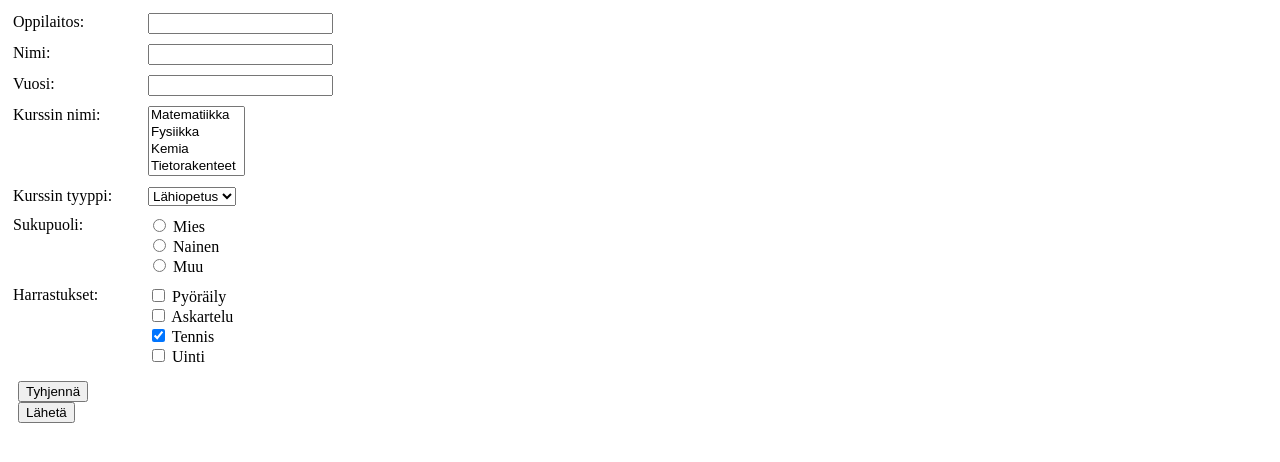
Repository: Niina-Maria/tehtavat-12-17-Niina-Maria2
Page: teht16.html
These files come from the project's save history. The page is drawn as it stood at one moment and after the next save; the edit follows.
The browser window is 1280 px wide. The pictures show the whole page.

Above is the page before, as saved 2024-11-20 13:05:44.

### teht16.html
<!DOCTYPE html>
<html>
    <head>
        <link rel="stylesheet" href="teht16.css">
    </head>
    <body>
        <div grid-container>
            <div class="taulukko">
                <div class="a a1">Oppilaitos:</div>
                <div class="a a2"><input type="text" id="school" name="school"></div>
                <div class="a a3">Nimi:</div>
                <div class="a a4"><input type="text" id="name" name="name"></div>
                <div class="a a5">Vuosi:</div>
                <div class="a a6"><input type="password" id="year" name="year"></div>
                <div class="a a7">Kurssin nimi:</div>
                <div class="a a8">
                    <select class="course" name="course" size="4">
                    <option value="matematiikka">Matematiikka</option>
                    <option value="fysiikka">Fysiikka</option>
                    <option value="kemia">Kemia</option>
                    <option value="tietorakenteet">Tietorakenteet</option>
                    <option value="webohjelmointi">Webohjelmointi</option>
                    </select>
                </div>
                <div class="a a9">Kurssin tyyppi:</div>
                <div class="a a10">
                    <select class="type" name="type" size="1">
                        <option value="lähiopetus">Lähiopetus</option>
                        <option value="etäopetus">Etäopetus</option>
                        <option value="hybridi">Hybridi</option>
                        <option value="monimuoto">Monimuoto</option>
                        <option value="avoinamk">AvoinAMK</option>
                    </select>
                </div>
                <div class="a a11">Sukupuoli:</div>
                <div class="a a12">
                    <input type="radio" id="male" name="gender" value="male">
                    <label class="sukup"for="male">Mies</label><br>
                    <input type="radio" id="female" name="gender" value="female">
                    <label class="sukup"for="female">Nainen</label><br>
                    <input type="radio" id="other" name="gender" value="other">
                    <label class="sukup"for="other">Muu</label>
                </div>
                <div class="a a13">Harrastukset:</div>
                <div class="a a14" >
                    <input type="checkbox" id="hobbiesbike" name="hobbiesbike">
                        <label for="hobbiesbike"> Pyöräily</label><br>
                        <input type="checkbox" id="hobbiesaskartelu" name="hobbiesaskartelu">
                        <label for="hobbiesaskartelu"> Askartelu</label><br>
                        <input type="checkbox" id="hobbiestennis" name="hobbiestennis" checked="checked">
                        <label for="hobbiestennis"> Tennis</label><br>
                        <input type="checkbox" id="hobbiesuinti" name="hobbiesuinti">
                        <label for="hobbiesuinti"> Uinti</label><br>
                </div>
                <div class="a a15">
                    <input type="reset" id="napit" value="Tyhjennä"><br>
                    <input type="submit"id="napit2" value="Lähetä">
                </div>

            </div>
        </div>
    </body>

### teht16.css

.taulukko {
    display: grid;
    grid-template-columns: repeat(2, 125px);
    width: 250px;
    /*
    margin: 5px;
    padding: 5px;
    border: 1 px solid black;*/
    justify-content: center;
}

.taulukko div {
    grid-column: span 1;
    justify-content: right;
    padding: 5px;
    width: 100px;
    align-items: center;
}

.taulukko .a1 {
    grid-column: span 1;
    border: 1 px solid black;
    justify-content: right;
}

.taulukko .a2 {
    grid-column: span 1;
    justify-content: right;
    margin-left: 10px;
    border: 1 px solid black;
}

.taulukko .a3 {
    grid-column: span 1;
    border: 1 px solid black;
}

.taulukko .a4 {
    grid-column: span 1;
    justify-content: left;
    margin-left: 10px;
    border: 1 px solid black;
}


.taulukko .a5 {
    grid-column: span 1;
    border: 1 px solid black;
}

.taulukko .a6 {
    grid-column: span 1;
    justify-content: left;
    margin-left: 10px;
    border: 1 px solid black;
}

.taulukko .a7 {
    grid-column: span 1;
    border: 1 px solid black;
    vertical-align: 50%;
}

.taulukko .a8 {
    grid-column: span 1;
    justify-content: left;
    margin-left: 10px;
    border: 1 px solid black;
}

.taulukko .a9 {
    grid-column: span 1;
    border: 1 px solid black;
}

.taulukko .a10 {
    grid-column: span 1;
    justify-content: left;
    margin-left: 10px;
    border: 1 px solid black;
}

.taulukko .a11 {
    grid-column: span 1;
    border: 1 px solid black;
}

.taulukko .a12 {
    grid-column: span 1;
    /* justify-content: left; */
    margin-left: 10px;
    border: 1 px solid black;
}

.taulukko .a13 {
    grid-column: span 1;
    border: 1 px solid black;
}

.taulukko .a14 {
    grid-column: span 1;
    /* justify-content: left; */
    margin-left: 10px;
    border: 1 px solid black;
}

.taulukko .a15 {
    grid-column: span 2;
    margin: 5px;
    align-content: center;
    border: 1 px solid black;
}

After the next save:
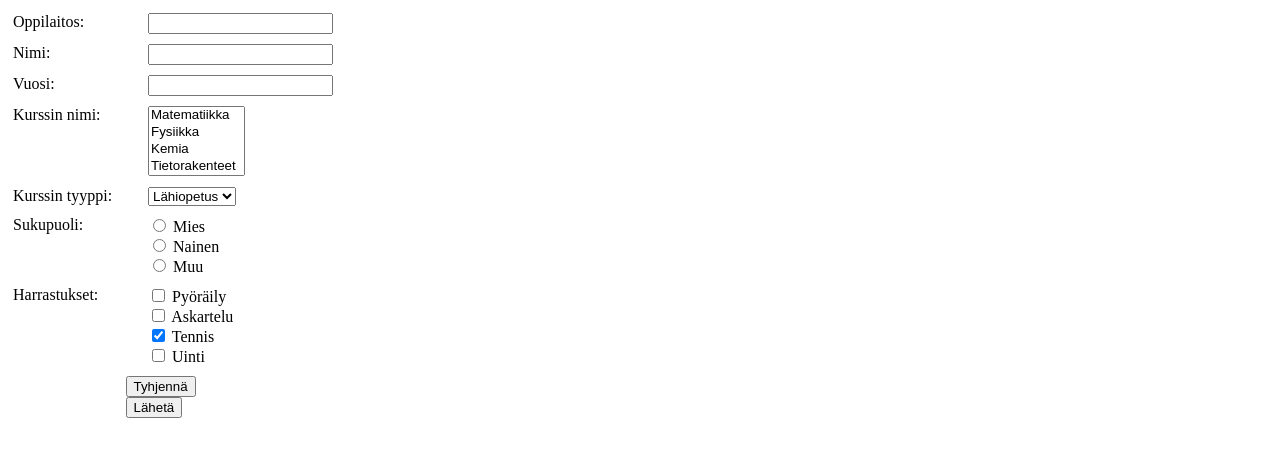
Saved 23 s later.
--- a/teht16.css
+++ b/teht16.css
@@ -107,7 +107,7 @@
 
 .taulukko .a15 {
     grid-column: span 2;
-    margin: 5px;
+    margin-left:45%;
     align-content: center;
     border: 1 px solid black;
 }
